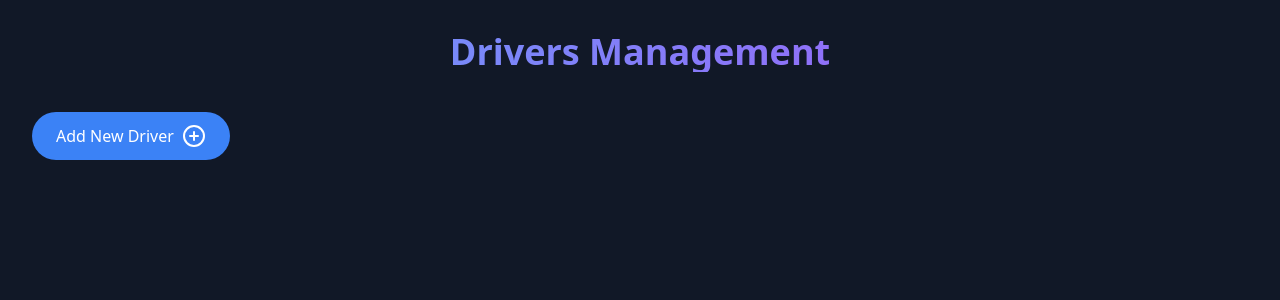
Repository: REXREGALIA/Sentinel-fuel
Page: /drivers
The author's editor kept a copy of each file at every save. The page is drawn from the files as they stood at one save, then again after the next save.
The browser window is 1280 px wide. The pictures show the whole page.
The page's requests for data from a server got no answer. The project was rebuilt for these pictures with package versions that can differ from the ones it lists, and the page was loaded fresh each time. No one was signed in, and anything a server would have sent is missing. Also part of the build but not shown: vite.config.js, src/components/Login.jsx, src/components/Card.jsx, src/components/Forms.jsx, src/components/Home.jsx, src/components/Signup.jsx, src/components/land/About.jsx, src/components/land/Features.jsx and 11 more.

Above is the page before, as saved 2024-10-19 10:51:23.

### src/main.jsx
import { StrictMode } from "react";
import { createRoot } from "react-dom/client";
import App from "./App.jsx";
import "./index.css";
import AuthProvider from "./AuthContext.jsx";
createRoot(document.getElementById("root")).render(
  <StrictMode>
    <AuthProvider>
      <App />
    </AuthProvider>
  </StrictMode>
);

### src/App.jsx
import './App.css'
import Login from './components/Login'
import { BrowserRouter as Router, Route, Routes } from "react-router-dom";
import Home from './components/Home'
import Signup from './components/Signup'
import Landing from './components/land/Landing';
import Drivers from "./components/Drivers"
import DriverDetailView from './components/DriverDetailView'

function App() {

  return (
  <>
    <Router>
        <Routes>
          <Route path="/login" element={<Login />} />
          <Route path="/home" element={<Home />} />
          <Route path="/signup" element={<Signup />} />
          <Route path='/' element={<Landing />}></Route>
          <Route path="*" element={<NotFound />} />
          <Route path="/drivers" element={<Drivers/>} />
          <Route path="/driver/:driverName" component={DriverDetailView} />
        </Routes>
    </Router>
  </>
  )

}

function NotFound() {
  return <h1>404 - Page Not Found. Wrong HTTP Request</h1>;
}


export default App;

### src/index.css
@tailwind base;
@tailwind components;
@tailwind utilities;

/* body {
  background-color: #0000;
} */

### src/AuthContext.jsx
import { createContext, useEffect, useState } from "react";
import { onAuthStateChanged } from "firebase/auth";
import { auth } from "./Firebase";

const AuthContext = createContext();

export default function AuthProvider({ children }) {
  const [currentUser, setCurrentUser] = useState(null);
  const [loading, setLoading] = useState(true); // Set loading to true initially

  useEffect(() => {
    const unSubscribe = onAuthStateChanged(auth, (user) => {
      setCurrentUser(user);
      console.log(user); // Log the actual user, not currentUser
      setLoading(false); // Set loading to false once the user is checked
    });

    return () => unSubscribe(); // Clean up the subscription
  }, []);

  const value = { currentUser };

  return (
    <AuthContext.Provider value={value}>
      {!loading && children} {/* Render children only when loading is false */}
    </AuthContext.Provider>
  );
}

export { AuthContext };

### src/App.css
/* Reset margin and padding */
* {
  margin: 0;
  padding: 0;
  box-sizing: border-box;
}

/* Full height for html and body */
html,
body {
  height: 100%;
  overflow-x: hidden; /* Disable horizontal scroll */
}

/* Root container takes full viewport height */
#root,
.App {
  height: 100%;
  display: flex;
  flex-direction: column;
}

/* Make sure that scrolling doesn't add extra space */
body {
  background-color: #0000;
  overflow: hidden; /* Prevent vertical scroll space */
  position: relative;
}

### src/components/Drivers.jsx
import React, { useState } from 'react'
import { PlusCircle, X } from 'lucide-react'

export default function Drivers() {
  const [drivers, setDrivers] = useState([])
  const [showForm, setShowForm] = useState(false)
  const [selectedDriver, setSelectedDriver] = useState(null)
  const [formData, setFormData] = useState({
    id: '',
    name: '',
    driverId: '',
    truckId: '',
    licenseNumber: '',
    image: '',
    contactNumber: '',
    currentLocation: '',
    fuelInTank: 0
  })

  const handleChange = (e) => {
    const value = e.target.name === 'fuelInTank' ? parseFloat(e.target.value) : e.target.value
    setFormData({
      ...formData,
      [e.target.name]: value
    })
  }

  const handleSubmit = (e) => {
    e.preventDefault()
    const newDriver = { ...formData, id: Date.now().toString() }
    setDrivers([...drivers, newDriver])
    setShowForm(false)
    setFormData({
      id: '',
      name: '',
      driverId: '',
      truckId: '',
      licenseNumber: '',
      image: '',
      contactNumber: '',
      currentLocation: '',
      fuelInTank: 0
    })
  }

  const handleDriverClick = (driver) => {
    setSelectedDriver(driver)
    // Simulating route change
    console.log(`Navigating to /driver/${driver.name.toLowerCase().replace(' ', '_')}`)
  }

  return (
    <div className="min-h-screen bg-gray-900 text-white p-8">
      <h1 className="text-4xl font-bold mb-10 text-center bg-gradient-to-r from-blue-400 to-purple-500 text-transparent bg-clip-text">
        Drivers Management
      </h1>

      <button
        className="mb-8 px-6 py-3 bg-blue-500 rounded-full flex items-center space-x-2 hover:bg-blue-700 transition duration-300"
        onClick={() => setShowForm(true)}
      >
        <span>Add New Driver</span>
        <PlusCircle />
      </button>

      {showForm && (
        <div className="fixed inset-0 bg-black bg-opacity-50 flex items-center justify-center z-50">
          <div className="bg-gray-800 p-8 rounded-lg max-w-md w-full relative">
            <button
              className="absolute top-2 right-2 text-gray-400 hover:text-white"
              onClick={() => setShowForm(false)}
            >
              <X size={24} />
            </button>
            <h2 className="text-2xl font-bold mb-4">Add New Driver</h2>
            <form onSubmit={handleSubmit} className="space-y-4">
              <input
                type="text"
                name="name"
                value={formData.name}
                onChange={handleChange}
                placeholder="Name"
                className="w-full p-2 bg-gray-700 rounded text-white"
                required
              />
              <input
                type="text"
                name="driverId"
                value={formData.driverId}
                onChange={handleChange}
                placeholder="Driver ID"
                className="w-full p-2 bg-gray-700 rounded text-white"
                required
              />
              <input
                type="text"
                name="truckId"
                value={formData.truckId}
                onChange={handleChange}
                placeholder="Truck ID"
                className="w-full p-2 bg-gray-700 rounded text-white"
                required
              />
              <input
                type="text"
                name="licenseNumber"
                value={formData.licenseNumber}
                onChange={handleChange}
                placeholder="License Number"
                className="w-full p-2 bg-gray-700 rounded text-white"
                required
              />
              <input
                type="url"
                name="image"
                value={formData.image}
                onChange={handleChange}
                placeholder="Image URL"
                className="w-full p-2 bg-gray-700 rounded text-white"
                required
              />
              <input
                type="tel"
                name="contactNumber"
                value={formData.contactNumber}
                onChange={handleChange}
                placeholder="Contact Number"
                className="w-full p-2 bg-gray-700 rounded text-white"
                required
              />
              <input
                type="text"
                name="currentLocation"
                value={formData.currentLocation}
                onChange={handleChange}
                placeholder="Current Location"
                className="w-full p-2 bg-gray-700 rounded text-white"
                required
              />
              <input
                type="number"
                name="fuelInTank"
                value={formData.fuelInTank}
                onChange={handleChange}
                placeholder="Fuel in Tank (L)"
                className="w-full p-2 bg-gray-700 rounded text-white"
                required
              />
              <button type="submit" className="w-full py-2 bg-blue-500 rounded hover:bg-blue-600 transition duration-300">
                Add Driver
              </button>
            </form>
          </div>
        </div>
      )}

      <div className="grid grid-cols-2 sm:grid-cols-3 md:grid-cols-4 lg:grid-cols-5 gap-8">
        {drivers.map((driver) => (
          <div key={driver.id} className="flex flex-col items-center">
            <button
              onClick={() => handleDriverClick(driver)}
              className="w-24 h-24 rounded-full overflow-hidden hover:ring-4 hover:ring-blue-500 transition duration-300"
            >
              <img src={driver.image} alt={driver.name} className="w-full h-full object-cover" />
            </button>
            <p className="mt-2 text-center">{driver.name}</p>
          </div>
        ))}
      </div>

      {selectedDriver && (
        <div className="fixed inset-0 bg-black bg-opacity-50 flex items-center justify-center z-50">
          <div className="bg-gray-800 p-8 rounded-lg max-w-md w-full relative">
            <button
              className="absolute top-2 right-2 text-gray-400 hover:text-white"
              onClick={() => setSelectedDriver(null)}
            >
              <X size={24} />
            </button>
            <h2 className="text-2xl font-bold mb-4">{selectedDriver.name}</h2>
            <img src={selectedDriver.image} alt={selectedDriver.name} className="w-32 h-32 rounded-full mx-auto mb-4 object-cover" />
            <div className="space-y-2">
              <p><strong>Driver ID:</strong> {selectedDriver.driverId}</p>
              <p><strong>Truck ID:</strong> {selectedDriver.truckId}</p>
              <p><strong>License Number:</strong> {selectedDriver.licenseNumber}</p>
              <p><strong>Contact Number:</strong> {selectedDriver.contactNumber}</p>
              <p><strong>Current Location:</strong> {selectedDriver.currentLocation}</p>
              <p><strong>Fuel in Tank:</strong> {selectedDriver.fuelInTank} L</p>
            </div>
          </div>
        </div>
      )}
    </div>
  )
}

### src/Firebase.js
// Import the functions you need from the SDKs you need
import { initializeApp } from "firebase/app";
import { getAnalytics } from "firebase/analytics";
import { getFirestore } from "firebase/firestore";
import { getAuth } from "firebase/auth";
import { getStorage } from "firebase/storage"; // Import storage
// TODO: Add SDKs for Firebase products that you want to use
// https://firebase.google.com/docs/web/setup#available-libraries

// Your web app's Firebase configuration
// For Firebase JS SDK v7.20.0 and later, measurementId is optional
const firebaseConfig = {
  apiKey: "AIzaSyDgMiBgI52dN8_C9ijcL0qN6Y4Pv5azzRw",
  authDomain: "sentinel-fuel-195f0.firebaseapp.com",
  projectId: "sentinel-fuel-195f0",
  storageBucket: "sentinel-fuel-195f0.appspot.com",
  messagingSenderId: "554038089279",
  appId: "1:554038089279:web:c47e82a80020c44d1d8a8a",
  measurementId: "G-2VRRKG18V3",
};

// Initialize Firebase
const app = initializeApp(firebaseConfig);
const analytics = getAnalytics(app);

export const auth = getAuth(app);
const db = getFirestore(app);
const storage = getStorage(app); // Initialize storage

export { db, storage };

Loaded but not shown: index.html (common file); tailwind.config.js (common file)

After the next save:
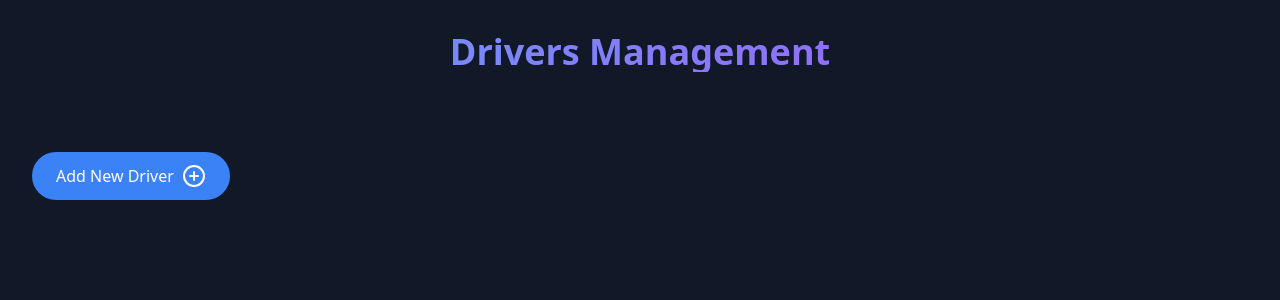
Saved 23 s later.
--- a/src/components/Drivers.jsx
+++ b/src/components/Drivers.jsx
@@ -51,7 +51,7 @@
 
   return (
     <div className="min-h-screen bg-gray-900 text-white p-8">
-      <h1 className="text-4xl font-bold mb-10 text-center bg-gradient-to-r from-blue-400 to-purple-500 text-transparent bg-clip-text">
+      <h1 className="text-4xl font-bold mb-20 text-center bg-gradient-to-r from-blue-400 to-purple-500 text-transparent bg-clip-text">
         Drivers Management
       </h1>
 

After the save that followed:
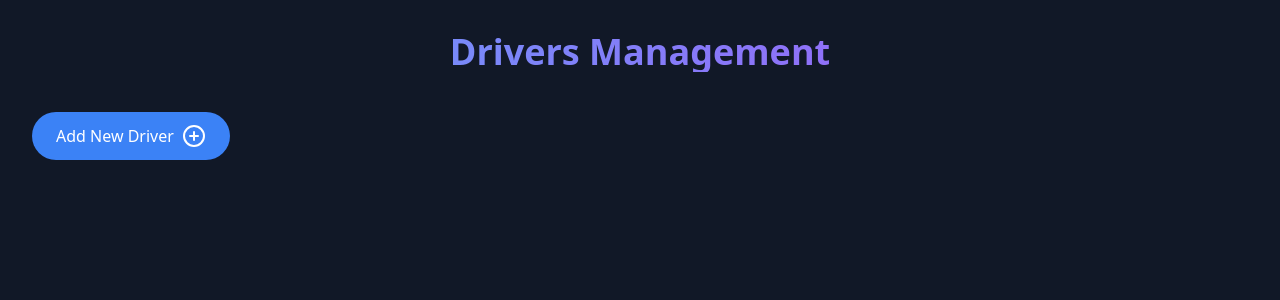
Saved 7 s later.
--- a/src/components/Drivers.jsx
+++ b/src/components/Drivers.jsx
@@ -51,7 +51,7 @@
 
   return (
     <div className="min-h-screen bg-gray-900 text-white p-8">
-      <h1 className="text-4xl font-bold mb-20 text-center bg-gradient-to-r from-blue-400 to-purple-500 text-transparent bg-clip-text">
+      <h1 className="text-4xl font-bold mb-10 text-center bg-gradient-to-r from-blue-400 to-purple-500 text-transparent bg-clip-text">
         Drivers Management
       </h1>
 
